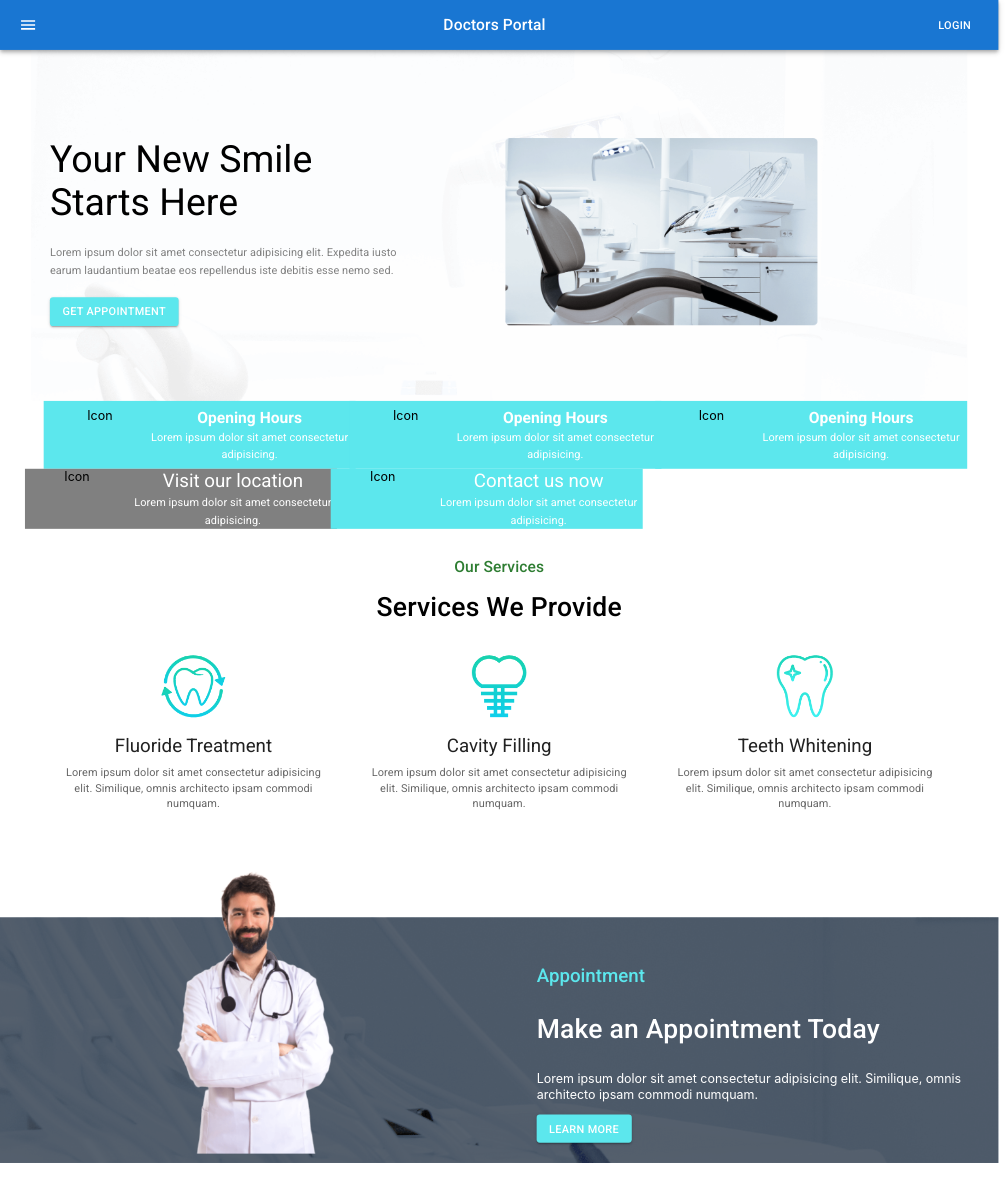
Repository: Sharif-00112/doctors-portal-client
Page: /
These files come from the project's save history. The page is drawn as it stood at one moment and after the next save; the edit follows.
The browser window is 1280 px wide. The page is 1288 px wide, so the pictures cover 1288 px, including what lies to the right of the window. The pictures show the whole page, at 78% of full size.
The project was rebuilt for these pictures with package versions that can differ from the ones it lists, and the page was loaded fresh each time.

Above is the page before, as saved 2022-11-01 23:27:20.

### public/index.html
<!DOCTYPE html>
<html lang="en">
  <head>
    <meta charset="utf-8" />
    <link rel="icon" href="%PUBLIC_URL%/favicon.ico" />
    <meta name="viewport" content="width=device-width, initial-scale=1" />
    <meta name="theme-color" content="#000000" />
    <meta
      name="description"
      content="Web site created using create-react-app"
    />
    <link
      rel="stylesheet" href="https://fonts.googleapis.com/css?family=Roboto:300,400,500,700&display=swap"
    />

    <link rel="apple-touch-icon" href="%PUBLIC_URL%/logo192.png" />
    <!--
      manifest.json provides metadata used when your web app is installed on a
      user's mobile device or desktop. See https://developers.google.com/web/fundamentals/web-app-manifest/
    -->
    <link rel="manifest" href="%PUBLIC_URL%/manifest.json" />
    <!--
      Notice the use of %PUBLIC_URL% in the tags above.
      It will be replaced with the URL of the `public` folder during the build.
      Only files inside the `public` folder can be referenced from the HTML.

      Unlike "/favicon.ico" or "favicon.ico", "%PUBLIC_URL%/favicon.ico" will
      work correctly both with client-side routing and a non-root public URL.
      Learn how to configure a non-root public URL by running `npm run build`.
    -->
    <title>React App</title>
  </head>
  <body>
    <noscript>You need to enable JavaScript to run this app.</noscript>
    <div id="root"></div>
    <!--
      This HTML file is a template.
      If you open it directly in the browser, you will see an empty page.

      You can add webfonts, meta tags, or analytics to this file.
      The build step will place the bundled scripts into the <body> tag.

      To begin the development, run `npm start` or `yarn start`.
      To create a production bundle, use `npm run build` or `yarn build`.
    -->
  </body>
</html>

### src/App.js
import './App.css';
import { BrowserRouter as Router, Route, Routes} from 'react-router-dom';
import Home from './Pages/Home/Home/Home';

function App() {
  return (
    <div className="App">
      <Router>
        {/* <Header></Header> */}
        <Routes>
          <Route exact path = '/' element={<Home/>}/>
          <Route exact path = '/home' element={<Home/>}/>
          <Route exact path = '*' element={<Home/>}/>
        </Routes>
        {/* <Footer></Footer> */}
      </Router>
    </div>
  );
}

export default App;

### src/Pages/Home/Home/Home.js
import React from 'react';
import Navigation from '../../Shared/Navigation/Navigation';
import AppointmentBanner from '../AppointmentBanner/AppointmentBanner';
import Banner from '../Banner/Banner';
import Services from '../Services/Services';

const Home = () => {
    return (
        <div>
            {/* <h2>This is Home</h2> */}
            <Navigation></Navigation>
            <Banner></Banner>
            <Services></Services>
            <AppointmentBanner></AppointmentBanner>
        </div>
    );
};

export default Home;

### src/Pages/Shared/Navigation/Navigation.js
import React from 'react';
import AppBar from '@mui/material/AppBar';
import Box from '@mui/material/Box';
import Toolbar from '@mui/material/Toolbar';
import Typography from '@mui/material/Typography';
import Button from '@mui/material/Button';
import IconButton from '@mui/material/IconButton';
import MenuIcon from '@mui/icons-material/Menu';

const Navigation = () => {
    return (
        <div>
            <Box sx={{ flexGrow: 1, pb:2 }}>
                <AppBar position="static">
                    <Toolbar>
                        <IconButton
                            size="large"
                            edge="start"
                            color="inherit"
                            aria-label="menu"
                            sx={{ mr: 2 }}
                        >
                            <MenuIcon />
                        </IconButton>
                        <Typography variant="h6" component="div" sx={{ flexGrow: 1 }}>
                            Doctors Portal
                        </Typography>
                        <Button color="inherit">Login</Button>
                    </Toolbar>
                </AppBar>
            </Box>
        </div>
    );
};

export default Navigation;

### src/Pages/Home/AppointmentBanner/AppointmentBanner.js
import React from 'react';
import Box from '@mui/material/Box';
import Grid from '@mui/material/Unstable_Grid2';
import Typography from '@mui/material/Typography';

import doctor from '../../../images/images/doctor.png'
import bg from '../../../images/images/appointment-bg.png'
import { Button } from '@mui/material';

const appointmentBanner = {
    background: `url(${bg})`,
    marginTop: 100,
    backgroundColor: 'rgba(45, 58, 74, 0.8)',
    backgroundBlendMode: 'darken, luminosity'
}

const AppointmentBanner = () => {
    return (
        <div>
            <Box style={appointmentBanner} sx={{ flexGrow: 1, mb:5 }}>
                <Grid container spacing={2}>
                    <Grid xs={12} md={6}>
                        <img
                           style={{width: 400, marginTop: '-105px' }}
                        src={doctor} alt="" />
                    </Grid>

                    <Grid xs={12} md={6} sx={{
                        display: 'flex',
                        justifyContent: 'flex-start',
                        textAlign: 'left',
                        alignItems: 'center'
                        }}>
                        <Box sx={{pl: 5}}>
                            <Typography sx={{ mb: 2, mt: 4, fontWeight: 500 }} style={{color: '#5CE7ED'}} variant="h5" component="div">
                                Appointment
                            </Typography>
                            <Typography sx={{ mb: 2, mt: 4, fontWeight: 500 }} style={{color: 'white'}} variant="h4" component="div">
                                Make an Appointment Today
                            </Typography>
                            <Typography sx={{ mb: 2, mt: 4 }} style={{color: 'white'}} variant="" component="div">
                                Lorem ipsum dolor sit amet consectetur adipisicing elit. Similique, omnis architecto ipsam commodi numquam.
                            </Typography>
                            <Button variant="contained" style={{backgroundColor: '#5CE7ED'}}>Learn More</Button>
                        </Box>
                    </Grid>
                </Grid>
            </Box>
        </div>
    );
};

export default AppointmentBanner;

### src/Pages/Home/Banner/Banner.js
import React from 'react';
import Grid from '@mui/material/Grid';
import Typography from '@mui/material/Typography';
import { Box, Button, Container } from '@mui/material';

import chair from '../../../images/images/chair.png';
import bnBg from '../../../images/images/bg.png';

const bannerBg = {
    background: `url(${bnBg})`
}

const verticalCenter = {
    display: 'flex',
    alignItems: 'center',
    height: 450
}

const Banner = () => {
    return (
        <div>
            <Container style={bannerBg} sx={{ flexGrow: 1 }}>
                <Grid container spacing={2}>
                    <Grid item style={{ ...verticalCenter, textAlign: 'left'}} xs={12} md={6}>
                        <Box>
                            <Typography sx={{ }} style={{color: 'black'}} variant="h3" component="div">
                                Your New Smile <br />
                                Starts Here
                            </Typography>
                            <Typography sx={{ my: 3, pr: 15, fontSize: 14, fontWeight: 400, color: 'gray'}} variant="h6" component="div">
                                Lorem ipsum dolor sit amet consectetur adipisicing elit. Expedita iusto earum laudantium beatae eos repellendus iste debitis esse nemo sed.
                            </Typography>
                            <Button variant="contained" style={{backgroundColor: '#5CE7ED'}}>Get Appointment</Button>
                        </Box>
                    </Grid>
                    <Grid item xs={12} md={6} style={verticalCenter}>
                        <img style={{ width: '400px'}} src={chair} alt="" />
                    </Grid>
                </Grid>
            </Container>

            <Container sx={{ flexGrow: 1 }}>
                <Grid container rowSpacing={1} columnSpacing={{ xs: 3, sm: 3, md: 3 }}>
                    <Grid xs={4}>
                        <Grid sx={{ p:1, my:1, mx:2 }} container spacing={1} style={{ backgroundColor: '#5CE7ED'}}>
                            <Grid xs={4}>
                                Icon
                            </Grid>
                            <Grid xs={8}>
                                <Typography sx={{ fontSize: 20, fontWeight: 600  }} style={{color: 'white'}} variant="h5" component="div">
                                    Opening Hours
                                </Typography>
                                <Typography sx={{ fontSize: 14, fontWeight: 400 }} style={{color: 'white'}} variant="h6" component="div">
                                    Lorem ipsum dolor sit amet consectetur adipisicing.
                                </Typography>
                            </Grid>
                        </Grid>
                    </Grid>
                    <Grid xs={4}>
                        <Grid sx={{ p:1, my:1, mx:2 }} container spacing={1} style={{ backgroundColor: '#5CE7ED'}}>
                            <Grid xs={4}>
                                Icon
                            </Grid>
                            <Grid xs={8}>
                                <Typography sx={{ fontSize: 20, fontWeight: 600  }} style={{color: 'white'}} variant="h5" component="div">
                                    Opening Hours
                                </Typography>
                                <Typography sx={{ fontSize: 14, fontWeight: 400 }} style={{color: 'white'}} variant="h6" component="div">
                                    Lorem ipsum dolor sit amet consectetur adipisicing.
                                </Typography>
                            </Grid>
                        </Grid>
                    </Grid>
                    <Grid xs={4}>
                        <Grid sx={{ p:1, my:1, mx:2 }} container spacing={1} style={{ backgroundColor: '#5CE7ED'}}>
                            <Grid xs={4}>
                                Icon
                            </Grid>
                            <Grid xs={8}>
                                <Typography sx={{ fontSize: 20, fontWeight: 600  }} style={{color: 'white'}} variant="h5" component="div">
                                    Opening Hours
                                </Typography>
                                <Typography sx={{ fontSize: 14, fontWeight: 400 }} style={{color: 'white'}} variant="h6" component="div">
                                    Lorem ipsum dolor sit amet consectetur adipisicing.
                                </Typography>
                            </Grid>
                        </Grid>
                    </Grid>
                    <Grid xs={4}>
                        <Grid container spacing={1} style={{ backgroundColor: 'gray'}}>
                            <Grid xs={4}>
                                Icon
                            </Grid>
                            <Grid xs={8}>
                                <Typography sx={{ }} style={{color: 'white'}} variant="h5" component="div">
                                    Visit our location
                                </Typography>
                                <Typography sx={{ fontSize: 14, fontWeight: 400 }} style={{color: 'white'}} variant="h6" component="div">
                                    Lorem ipsum dolor sit amet consectetur adipisicing.
                                </Typography>
                            </Grid>
                        </Grid>
                    </Grid>
                    <Grid xs={4}>
                        <Grid container spacing={1} style={{ backgroundColor: '#5CE7ED'}}>
                            <Grid xs={4}>
                                Icon
                            </Grid>
                            <Grid xs={8}>
                                <Typography sx={{ }} style={{color: 'white'}} variant="h5" component="div">
                                    Contact us now
                                </Typography>
                                <Typography sx={{ fontSize: 14, fontWeight: 400 }} style={{color: 'white'}} variant="h6" component="div">
                                    Lorem ipsum dolor sit amet consectetur adipisicing.
                                </Typography>
                            </Grid>
                        </Grid>
                    </Grid>
                </Grid>
            </Container>
        </div>
    );
};

export default Banner;

### src/Pages/Home/Services/Services.js
import React from 'react';
import Box from '@mui/material/Box';
import Grid from '@mui/material/Unstable_Grid2';
import Typography from '@mui/material/Typography';
import { Container } from '@mui/material';
import Service from '../Service/Service';

import fluoride from '../../../images/images/fluoride.png';
import cavity from '../../../images/images/cavity.png'
import whitening from '../../../images/images/whitening.png'

const services = [
    {
        name: 'Fluoride Treatment',
        description: 'Lorem ipsum dolor sit amet consectetur adipisicing elit. Similique, omnis architecto ipsam commodi numquam.',
        img: fluoride
    },
    {
        name: 'Cavity Filling',
        description: 'Lorem ipsum dolor sit amet consectetur adipisicing elit. Similique, omnis architecto ipsam commodi numquam.',
        img: cavity
    },
    {
        name: 'Teeth Whitening',
        description: 'Lorem ipsum dolor sit amet consectetur adipisicing elit. Similique, omnis architecto ipsam commodi numquam.',
        img: whitening
    }
]

const Services = () => {
    return (
        <div>
            <Box sx={{ flexGrow: 1 }}>
                <Container>
                    <Typography sx={{ mb: 2, mt: 4, fontWeight: 500, color: 'success.main' }} variant="h6" component="div">
                        Our Services
                    </Typography>
                    <Typography sx={{ mb: 3, fontWeight: 500 }} variant="h4" component="div">
                        Services We Provide
                    </Typography>

                    <Grid container spacing={{ xs: 2, md: 3 }} columns={{ xs: 4, sm: 8, md: 12 }}>
                        {
                            services.map(service => (
                                <Grid xs={2} sm={4} md={4} key={service.name}>
                                <Service
                                    key = {service.name}
                                    service = {service}
                                ></Service>
                            </Grid>
                            ))
                        }
                    </Grid>
                </Container>
            </Box>
        </div>
    );
};

export default Services;

### src/Pages/Home/Service/Service.js
import React from 'react';
import Card from '@mui/material/Card';
// import CardActions from '@mui/material/CardActions';
import CardContent from '@mui/material/CardContent';
// import Button from '@mui/material/Button';
import Typography from '@mui/material/Typography';
import CardMedia from '@mui/material/CardMedia';

const Service = (props) => {
    const {name, description, img} = props.service
    return (
        <div>
            <Card sx={{ minWidth: 275, border: 0, boxShadow: 0, mt: 1.5 }}>
                <CardMedia
                    component="img"
                    style={{width: 'auto', height: '80px', margin: '4px auto'}}
                    image={img}
                    alt={name}
                />
                <CardContent>
                    <Typography sx={{ mb: 1 }} variant="h5" component="div">
                        {name}
                    </Typography>
                    <Typography sx={{ mb: 1.5 }} variant="body2" color="text.secondary">
                        {description}
                    </Typography>
                </CardContent>
                {/* <CardActions>
                    <Button size="small">Learn More</Button>
                </CardActions> */}
            </Card>
        </div>
    );
};

export default Service;

Loaded but not shown: src/index.js (common file); src/index.css (common file); src/reportWebVitals.js (common file); src/App.css (common file)

After the next save:
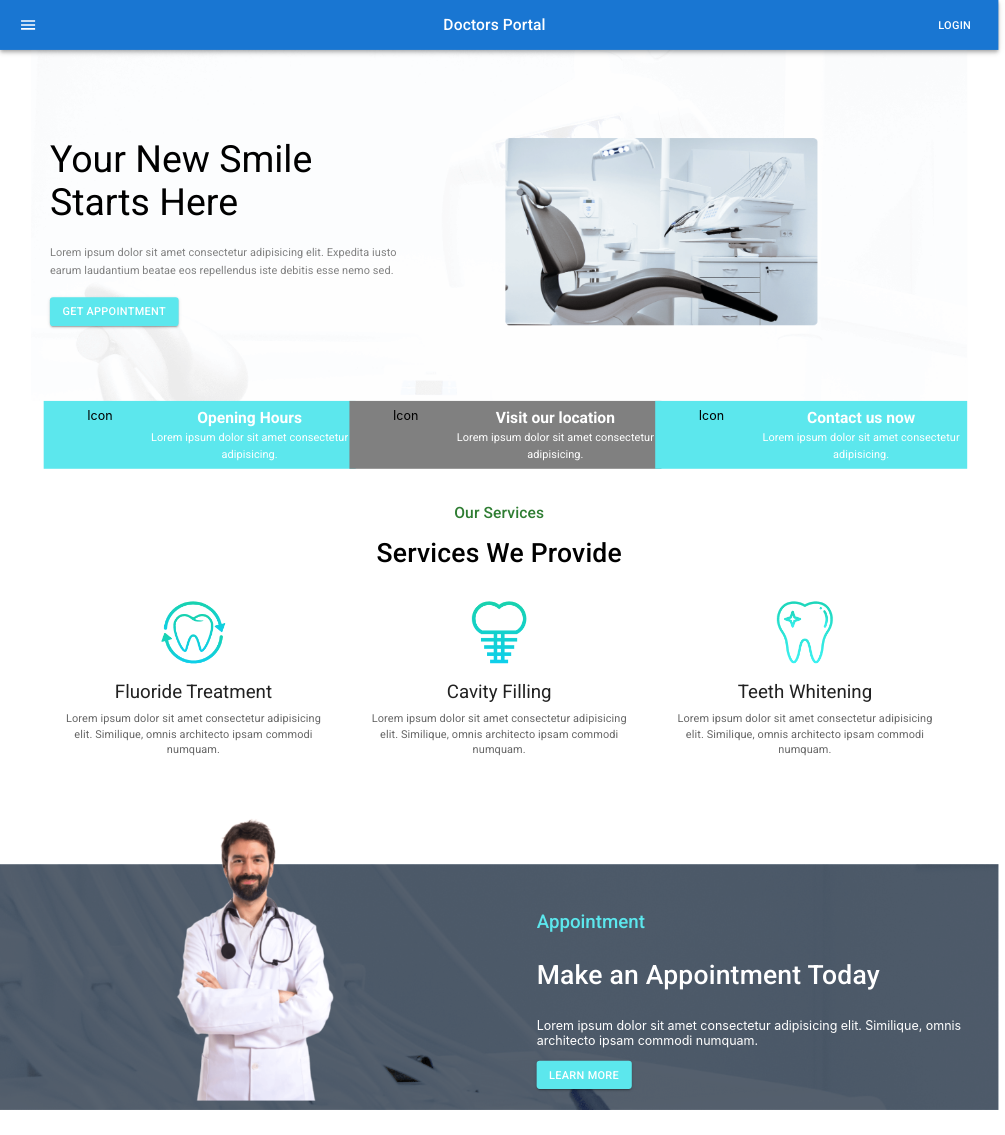
Saved 88 s later.
--- a/src/Pages/Home/Banner/Banner.js
+++ b/src/Pages/Home/Banner/Banner.js
@@ -57,13 +57,13 @@ const Banner = () => {
                         </Grid>
                     </Grid>
                     <Grid xs={4}>
-                        <Grid sx={{ p:1, my:1, mx:2 }} container spacing={1} style={{ backgroundColor: '#5CE7ED'}}>
+                        <Grid sx={{ p:1, my:1, mx:2 }} container spacing={1} style={{ backgroundColor: 'gray'}}>
                             <Grid xs={4}>
                                 Icon
                             </Grid>
                             <Grid xs={8}>
                                 <Typography sx={{ fontSize: 20, fontWeight: 600  }} style={{color: 'white'}} variant="h5" component="div">
-                                    Opening Hours
+                                    Visit our location
                                 </Typography>
                                 <Typography sx={{ fontSize: 14, fontWeight: 400 }} style={{color: 'white'}} variant="h6" component="div">
                                     Lorem ipsum dolor sit amet consectetur adipisicing.
@@ -78,7 +78,7 @@ const Banner = () => {
                             </Grid>
                             <Grid xs={8}>
                                 <Typography sx={{ fontSize: 20, fontWeight: 600  }} style={{color: 'white'}} variant="h5" component="div">
-                                    Opening Hours
+                                    Contact us now
                                 </Typography>
                                 <Typography sx={{ fontSize: 14, fontWeight: 400 }} style={{color: 'white'}} variant="h6" component="div">
                                     Lorem ipsum dolor sit amet consectetur adipisicing.
@@ -86,7 +86,7 @@ const Banner = () => {
                             </Grid>
                         </Grid>
                     </Grid>
-                    <Grid xs={4}>
+                    {/* <Grid xs={4}>
                         <Grid container spacing={1} style={{ backgroundColor: 'gray'}}>
                             <Grid xs={4}>
                                 Icon
@@ -100,8 +100,8 @@ const Banner = () => {
                                 </Typography>
                             </Grid>
                         </Grid>
-                    </Grid>
-                    <Grid xs={4}>
+                    </Grid> */}
+                    {/* <Grid xs={4}>
                         <Grid container spacing={1} style={{ backgroundColor: '#5CE7ED'}}>
                             <Grid xs={4}>
                                 Icon
@@ -115,7 +115,7 @@ const Banner = () => {
                                 </Typography>
                             </Grid>
                         </Grid>
-                    </Grid>
+                    </Grid> */}
                 </Grid>
             </Container>
         </div>
